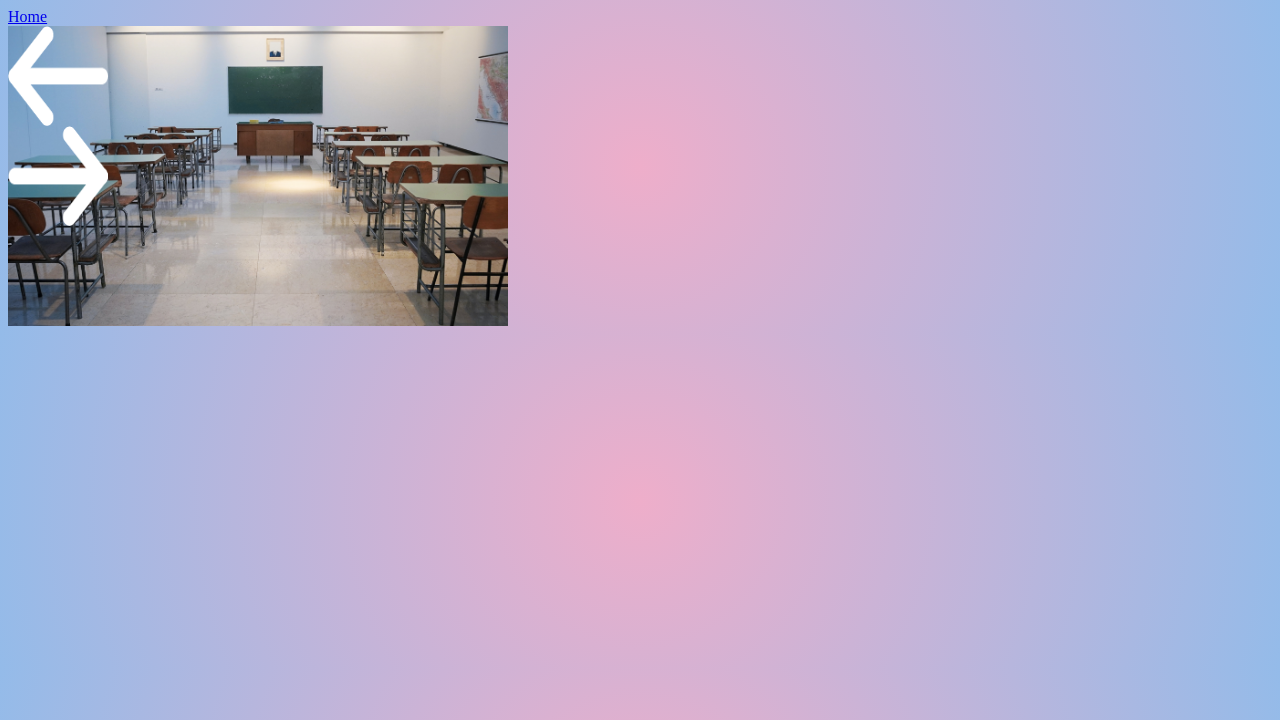
Repository: juliet-jskim/week-8-useEffect-carousel
Page: /carouselPage
These files come from the project's save history. The page is drawn as it stood at one moment and after the next save; the edit follows.
The browser window is 1280 px wide. The pictures show the whole page.
The project was rebuilt for these pictures with package versions that can differ from the ones it lists, and the page was loaded fresh each time. The framework's server and built-in components were replaced by stand-ins that run in the browser. Also part of the build but not shown: next.config.js, styles/CarouselPage.module.css.

Above is the page before, as saved 2023-02-20 23:29:19.

After the next save:
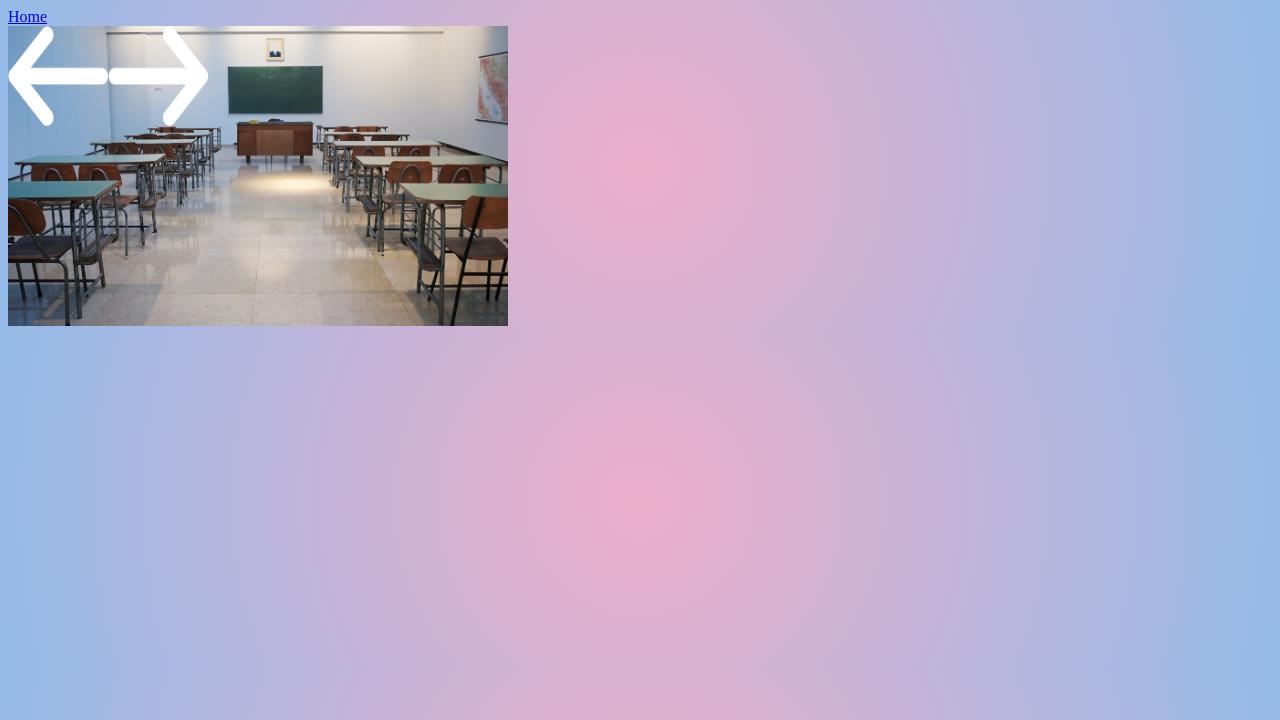
Saved 46 s later.
--- a/components/carousel/index.js
+++ b/components/carousel/index.js
@@ -32,7 +32,8 @@ export default function Carousel() {
                         width: 500,
                         height: 300
         }}>
-            <Image className={styles.arrow_left}
+            <div className={styles.arrow_left}>
+            <Image
                 src={"/icons/leftArrow.png"}
                 alt={"/icons/leftArrow.png"}
                 width= {100}
@@ -47,6 +48,8 @@ export default function Carousel() {
                 height= {100}
                 onClick={() => changeImage("forward")}
             />
+            </div>
+
         </div>
     </>
     )
